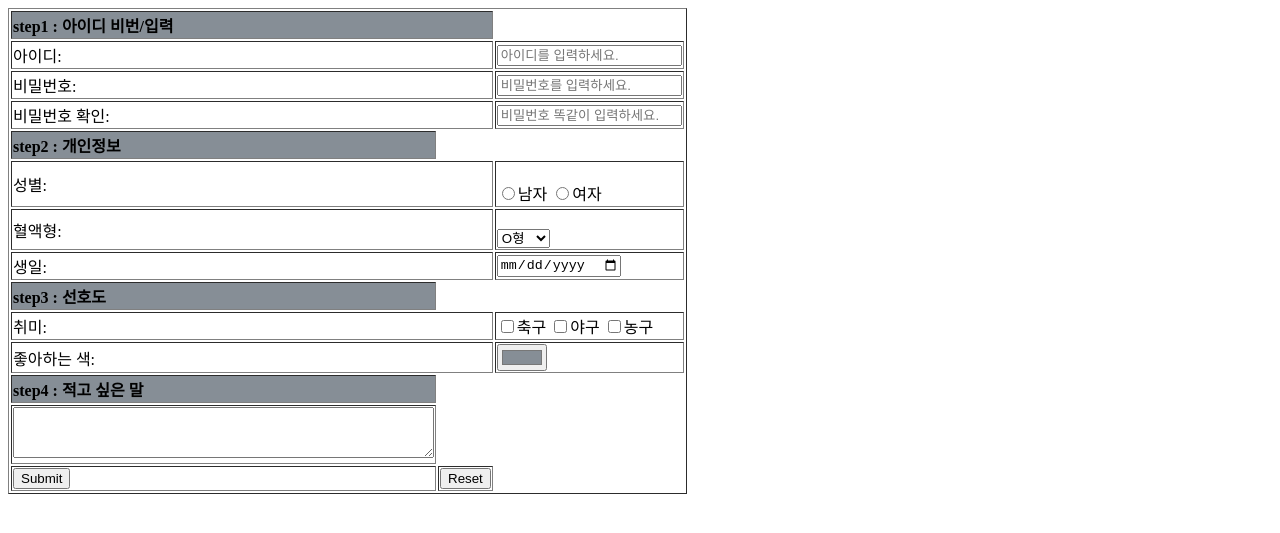
Repository: pillz9408/Jsp-Servlet
Page: jspstudy/day02/src/main/webapp/Lab2Join.html
The author's editor kept a copy of each file at every save. The page is drawn from the files as they stood at one save, then again after the next save.
The browser window is 1280 px wide. The pictures show the whole page.

Above is the page before, as saved 2022-10-05 06:26:15.

### jspstudy/day02/src/main/webapp/Lab2Join.html
<!DOCTYPE html>
<html>
<head>
<meta charset="UTF-8">
<title>lab2join</title>
</head>
<body>
<form action="lab2join">
<table border width="400">
	<tr>
	<td colspan="2" bgcolor="#868e96"><b>step1 : 아이디 비번/입력</b></td>
	</tr>
	<tr>
	<td colspan="2">아이디:</td><td><input type="text" name="id" placeholder="아이디를 입력하세요."></td>
	</tr>
	<tr>
	<td colspan="2">비밀번호:</td><td><input type="password" name="pass" placeholder="비밀번호를 입력하세요."></td>
	</tr>
	<tr>
	<td colspan="2">비밀번호 확인:</td><td><input type="password" name="passcheck" placeholder="비밀번호 똑같이 입력하세요."> </td>
	</tr>
	<tr>
	<td bgcolor="#868e96"><b>step2 : 개인정보</b></td>
	</tr>
	<tr>
	<td colspan="2">성별:</td><td><br><input type="radio"name="gender" value="남자">남자
	<input type="radio"name="gender" value="여자">여자</td>
	</tr>
	<tr>
	<td colspan="2">혈액형:</td><td><br><select name='btype'>
		<option value="o">O형
		<option value="A">A형
		<option value="B">B형
		<option value="AB">AB형
		</select>
		</td>
	</tr>
	<tr>
	<td colspan="2">생일: </td><td><input type="date" name="date" placeholder="년년년년-월월-일일"></td>
	</tr>
	<tr>
	<td bgcolor="#868e96"><b>step3 : 선호도</b></td>
	</tr>
	<tr>
	<td colspan="2">취미:</td><td><input type="checkbox" name="hobby" value="축구">축구
	<input type="checkbox" name="hobby" value="야구">야구
	<input type="checkbox" name="hobby" value="농구">농구
	</td>
	</tr>
	<tr>
	<td colspan="2">좋아하는 색:</td><td><input type="color" name="color" value="#868e96"></td>
	</tr>
	<tr>
	<td bgcolor="#868e96"><b>step4 : 적고 싶은 말</b></td>
	</tr>
	<tr>
	<td><textarea name="writes" rows="3" cols="50"></textarea>
	</tr>
	<tr>
	<td><input type="submit" name="제출"></td><td><input type="reset" name="초기화"></td>
	</tr>
</table>
</form>
</body>
</html>

After the next save:
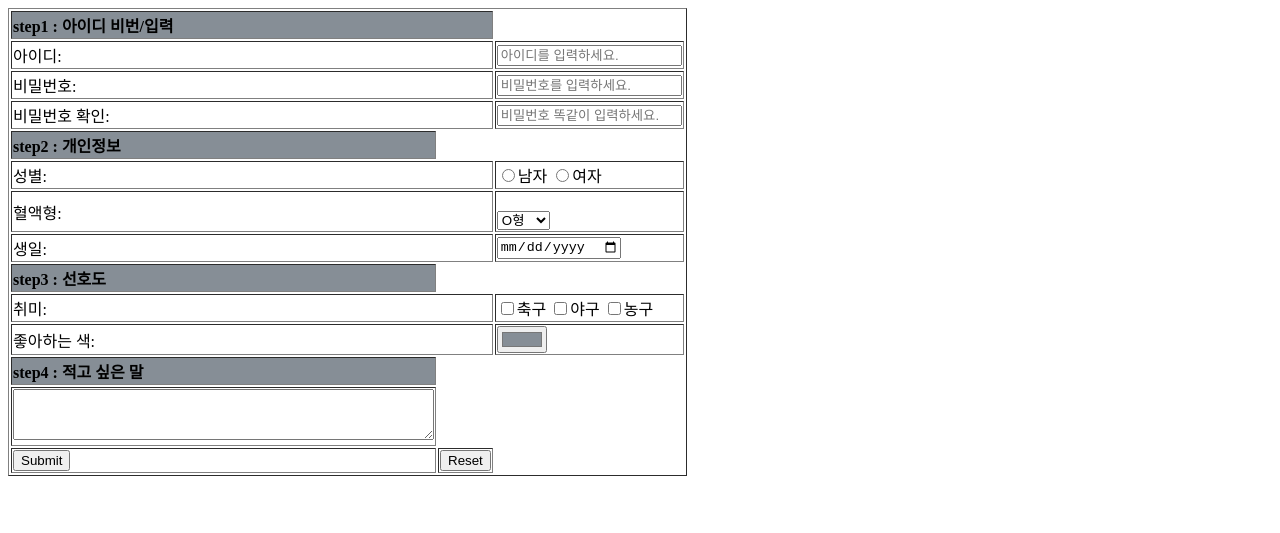
Saved 84 s later.
--- a/jspstudy/day02/src/main/webapp/Lab2Join.html
+++ b/jspstudy/day02/src/main/webapp/Lab2Join.html
@@ -23,7 +23,7 @@
 	<td bgcolor="#868e96"><b>step2 : 개인정보</b></td>
 	</tr>
 	<tr>
-	<td colspan="2">성별:</td><td><br><input type="radio"name="gender" value="남자">남자
+	<td colspan="2">성별:</td><td><input type="radio"name="gender" value="남자">남자
 	<input type="radio"name="gender" value="여자">여자</td>
 	</tr>
 	<tr>
